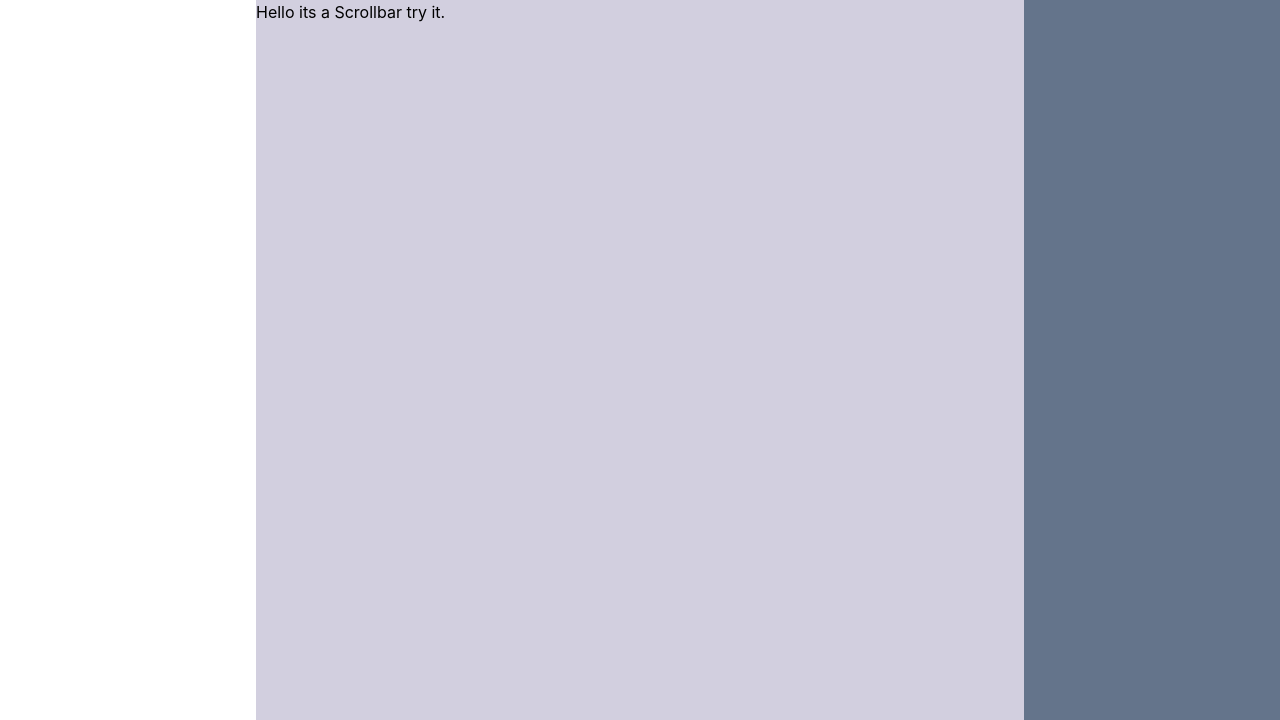
Repository: cosmicswati/upgrad-captions-project
Page: /account/signup
The author's editor kept a copy of each file at every save. The page is drawn from the files as they stood at one save, then again after the next save.
The browser window is 1280 px wide. The pictures show the whole page.
An inner scrolling area shows only its first screen. The project was rebuilt for these pictures with package versions that can differ from the ones it lists, and the page was loaded fresh each time. Also part of the build but not shown: src/components/Input/index.js, src/components/Button/index.js, src/modules/Authorization/Form.jsx, src/modules/Authorization/index.js.

Above is the page before, as saved 2024-04-09 13:10:46.

### src/index.css
@tailwind base;
@tailwind components;
@tailwind utilities;

body {
  margin: 0;
  font-family: -apple-system, BlinkMacSystemFont, 'Segoe UI', 'Roboto', 'Oxygen',
    'Ubuntu', 'Cantarell', 'Fira Sans', 'Droid Sans', 'Helvetica Neue',
    sans-serif;
  -webkit-font-smoothing: antialiased;
  -moz-osx-font-smoothing: grayscale;
}

code {
  font-family: source-code-pro, Menlo, Monaco, Consolas, 'Courier New',
    monospace;
}

.scrollbar-hide::-webkit-scrollbar{
  display: none;
}

### src/App.js
import Auth from "./modules/Authorization";
import Home from "./modules/Home";


function App() {
  return (
    <div>
      {/* <Auth />  */}
      <Home />
    </div>
  );
}

export default App;

### src/modules/Home/index.js
import React from 'react'

const Home = () => {
  return (
    <div className='h-screen bg-[#d2cfdf] flex overflow-hidden'>
        <div className='w-[20%] bg-white'></div>
        <div className='w-[60%] overflow-scroll h-full scrollbar-hide'>
            <div className='h-[1500px]'>Hello its a Scrollbar try it.</div>
        </div>
        <div className='w-[20%] bg-slate-500'></div>
    </div>
  )
}

export default Home

### tailwind.config.js
/** @type {import('tailwindcss').Config} */
module.exports = {
 mode:'jit',
 purge: [
  './public/**/*.html',
  './src/**/*.{js,jsx,ts,tsx,vue}',
 ],
  content: [
    "./src/**/*.{js,jsx,ts,tsx}",
  ],
  theme: {
    extend: {},
  },
  plugins: [],
}

Loaded but not shown: public/index.html (common file); src/index.js (common file); src/reportWebVitals.js (common file)

After the next save:
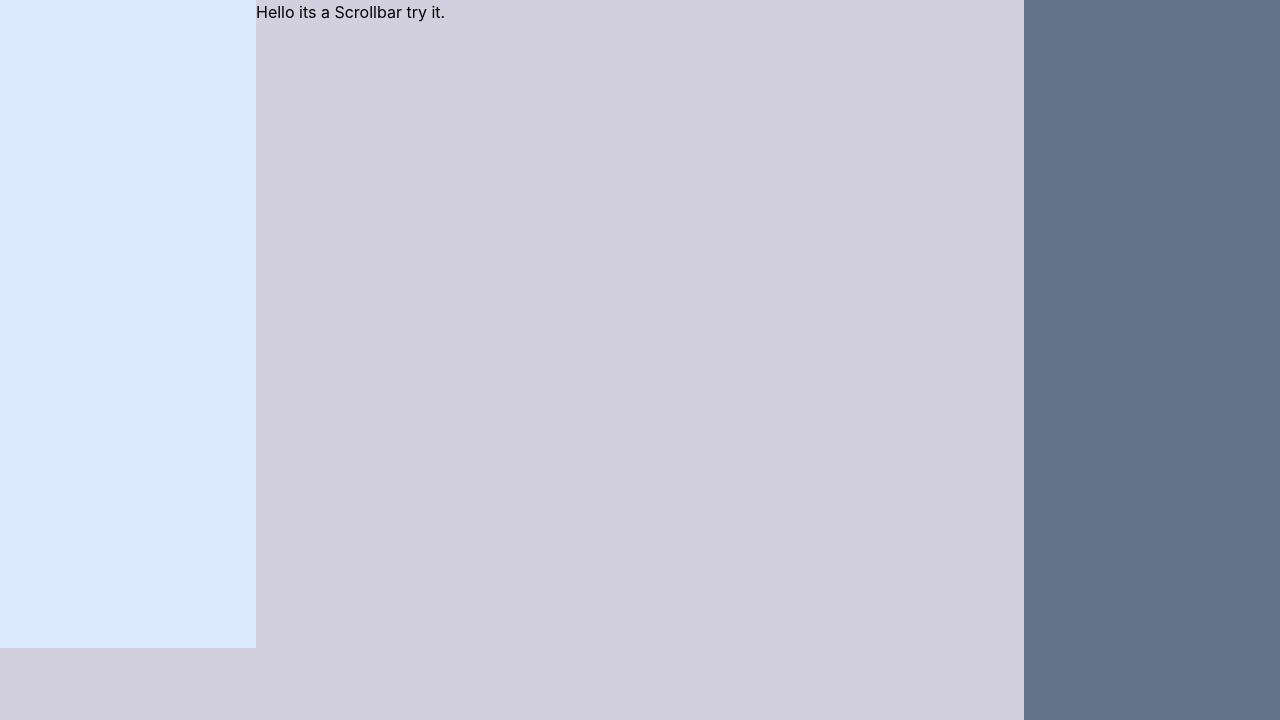
Saved 5 min 21 s later.
--- a/src/modules/Home/index.js
+++ b/src/modules/Home/index.js
@@ -3,7 +3,11 @@ import React from 'react'
 const Home = () => {
   return (
     <div className='h-screen bg-[#d2cfdf] flex overflow-hidden'>
-        <div className='w-[20%] bg-white'></div>
+        <div className='w-[20%] flex flex-col'>
+            <div className='h-[30%] bg-blue-100'></div>
+            <div className='h-[30%] bg-blue-100'></div>
+            <div className='h-[30%] bg-blue-100'></div>
+        </div>
         <div className='w-[60%] overflow-scroll h-full scrollbar-hide'>
             <div className='h-[1500px]'>Hello its a Scrollbar try it.</div>
         </div>
